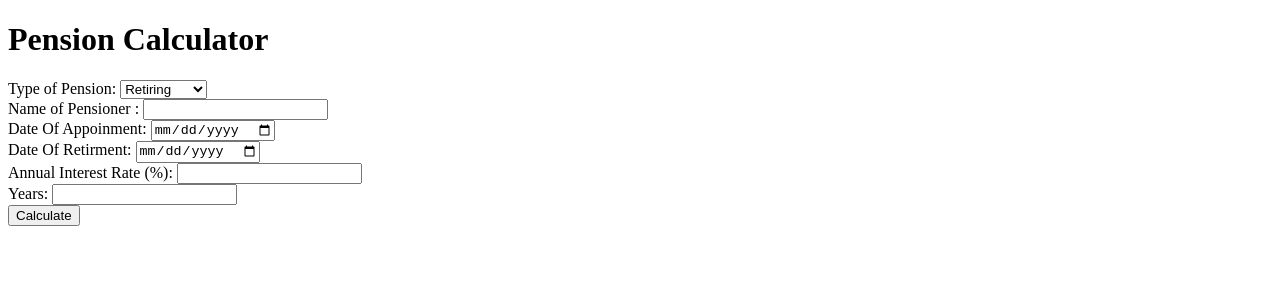
Repository: AQSA-ABDULLAH/RetirementManagmentSystem
Page: RetimentManagmentSystem/src/main/webapp/PensionCalculator.html
These files come from the project's save history. The page is drawn as it stood at one moment and after the next save; the edit follows.
The browser window is 1280 px wide. The pictures show the whole page.

Above is the page before, as saved 2023-08-13 17:48:15.

After the next save:
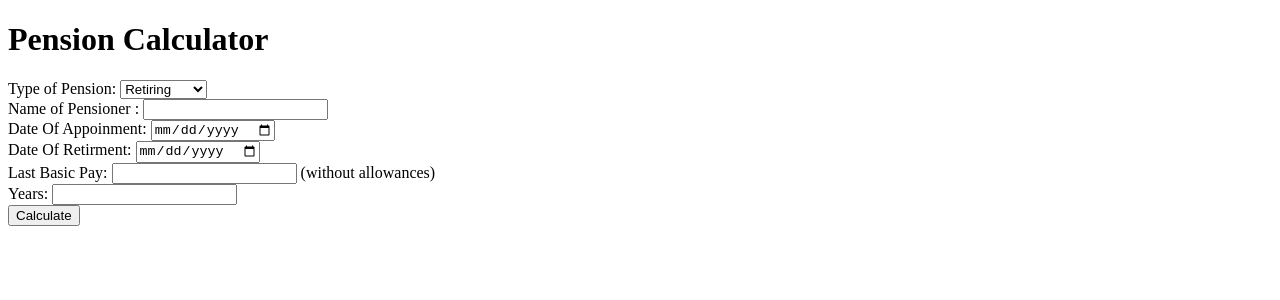
Saved 92 s later.
--- a/RetimentManagmentSystem/src/main/webapp/PensionCalculator.html
+++ b/RetimentManagmentSystem/src/main/webapp/PensionCalculator.html
@@ -42,8 +42,9 @@
     <label for="DateRetirment">Date Of Retirment:</label>
     <input type="date" id="DateRetirment" required><br>
 
-    <label for="interestRate">Annual Interest Rate (%):</label>
-    <input type="number" id="interestRate" step="any" required><br>
+    <label for="BasicPay">Last Basic Pay:</label>
+    <input type="number" id="BasicPay" required>
+    <span>(without allowances)</span><br>
 
     <label for="years">Years:</label>
     <input type="number" id="years" step="1" required><br>
